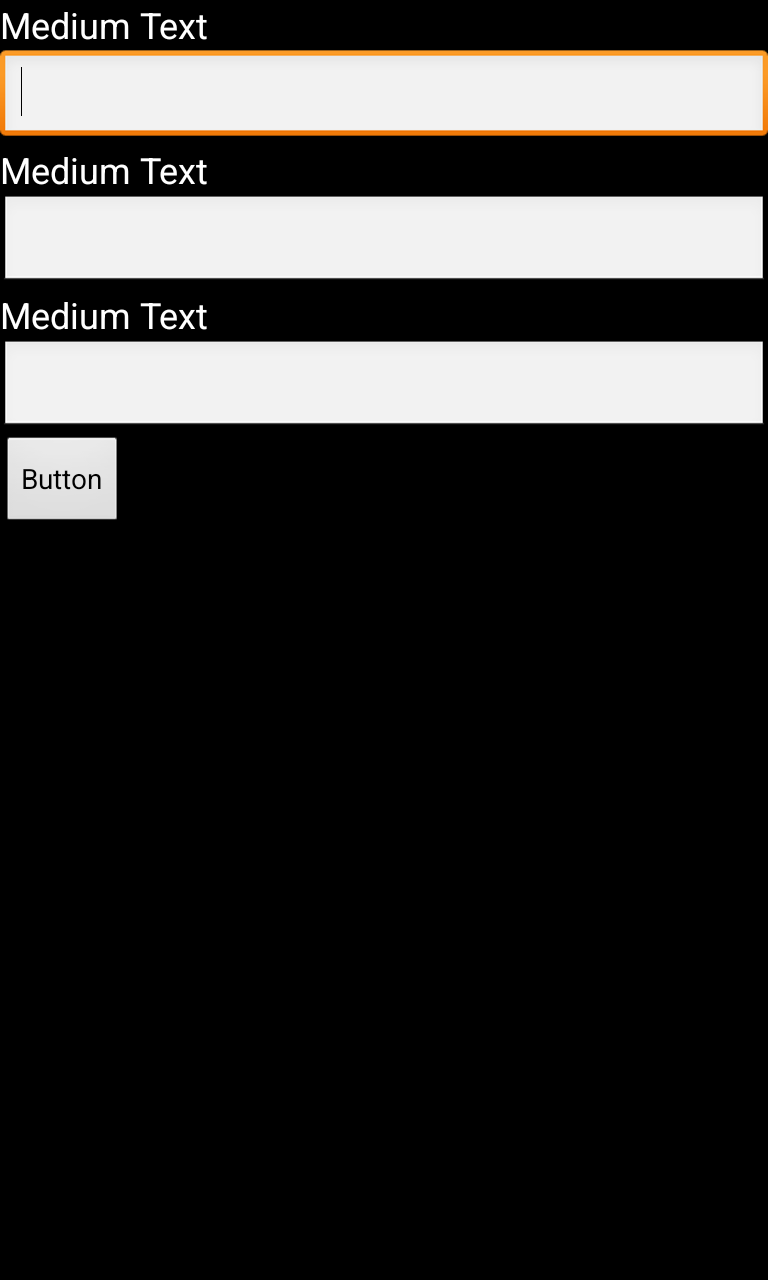
Repository: rizkivmaster/bukalapak
Layout: MainActivity/res/layout/upload.xml
An editor plug-in stored every save of this project. The layout is shown before and after the next save, followed by the edit.
It is drawn on a 768 x 1280 px phone screen (xhdpi) without system bars, with theme android:Theme; the app's code is not run. Lists and similar views that code fills are empty.

Above is the layout before, as saved 2013-06-26 03:55:28.

### MainActivity/res/layout/upload.xml
<?xml version="1.0" encoding="utf-8"?>
<LinearLayout xmlns:android="http://schemas.android.com/apk/res/android"
    android:layout_width="match_parent"
    android:layout_height="match_parent"
    android:orientation="vertical" >

    <TextView
        android:id="@+id/textView1"
        android:layout_width="wrap_content"
        android:layout_height="wrap_content"
        android:text="Medium Text"
        android:textAppearance="?android:attr/textAppearanceMedium" />

    <EditText
        android:id="@+id/editText1"
        android:layout_width="match_parent"
        android:layout_height="wrap_content"
        android:ems="10" >

        <requestFocus />
    </EditText>

    <TextView
        android:id="@+id/textView2"
        android:layout_width="wrap_content"
        android:layout_height="wrap_content"
        android:text="Medium Text"
        android:textAppearance="?android:attr/textAppearanceMedium" />

    <EditText
        android:id="@+id/editText2"
        android:layout_width="match_parent"
        android:layout_height="wrap_content"
        android:ems="10" />

    <TextView
        android:id="@+id/textView3"
        android:layout_width="wrap_content"
        android:layout_height="wrap_content"
        android:text="Medium Text"
        android:textAppearance="?android:attr/textAppearanceMedium" />

    <EditText
        android:id="@+id/editText3"
        android:layout_width="match_parent"
        android:layout_height="wrap_content"
        android:ems="10" />

    <Button
        android:id="@+id/button1"
        android:layout_width="wrap_content"
        android:layout_height="wrap_content"
        android:text="Button" />
    <ListView android:layout_height="match_parent" android:layout_width="fill_parent" android:id="mylist"/>

</LinearLayout>

After the next save:
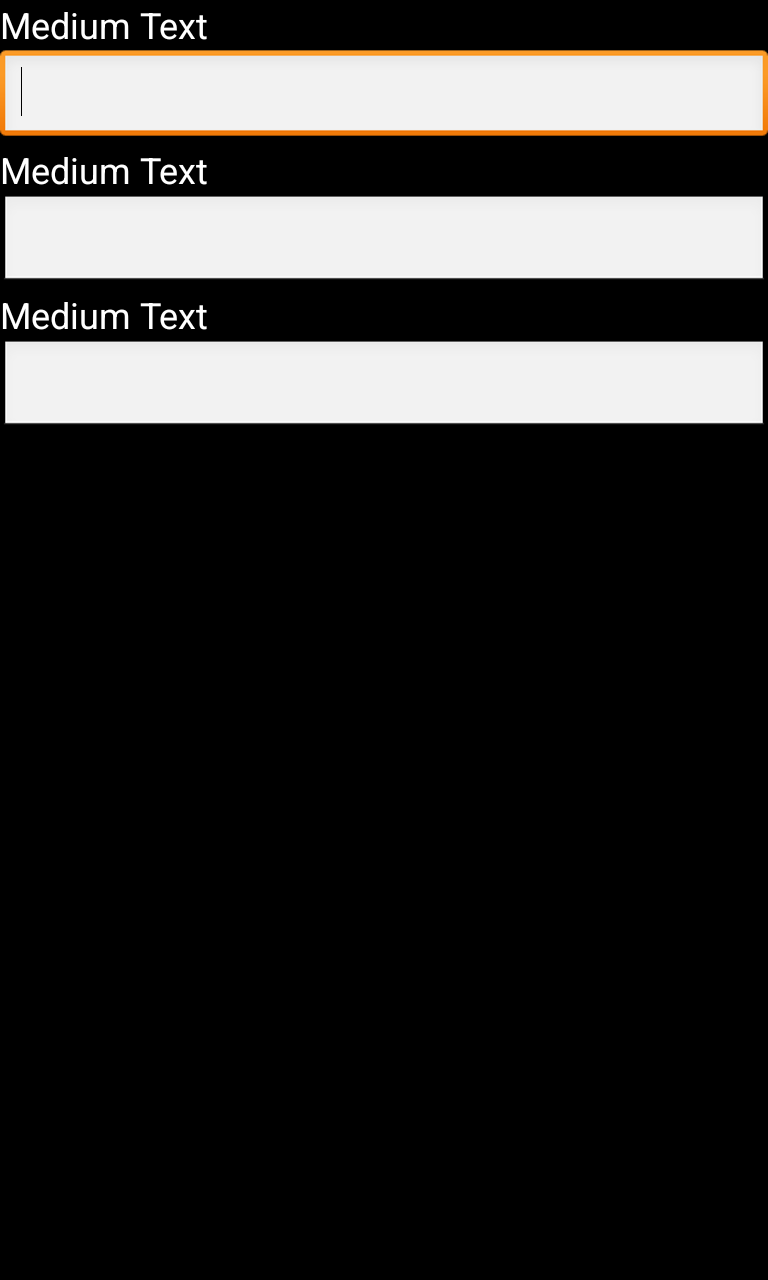
Saved 18 s later.
--- a/MainActivity/res/layout/upload.xml
+++ b/MainActivity/res/layout/upload.xml
@@ -48,9 +48,9 @@
 
     <Button
         android:id="@+id/button1"
-        android:layout_width="wrap_content"
+        android:layout_width="wrap_contentt"
         android:layout_height="wrap_content"
         android:text="Button" />
-    <ListView android:layout_height="match_parent" android:layout_width="fill_parent" android:id="mylist"/>
+    <ListView android:layout_height="match_parent" android:layout_width="fill_parent" android:id="@+id/mylis"/>
 
 </LinearLayout>

After the save that followed:
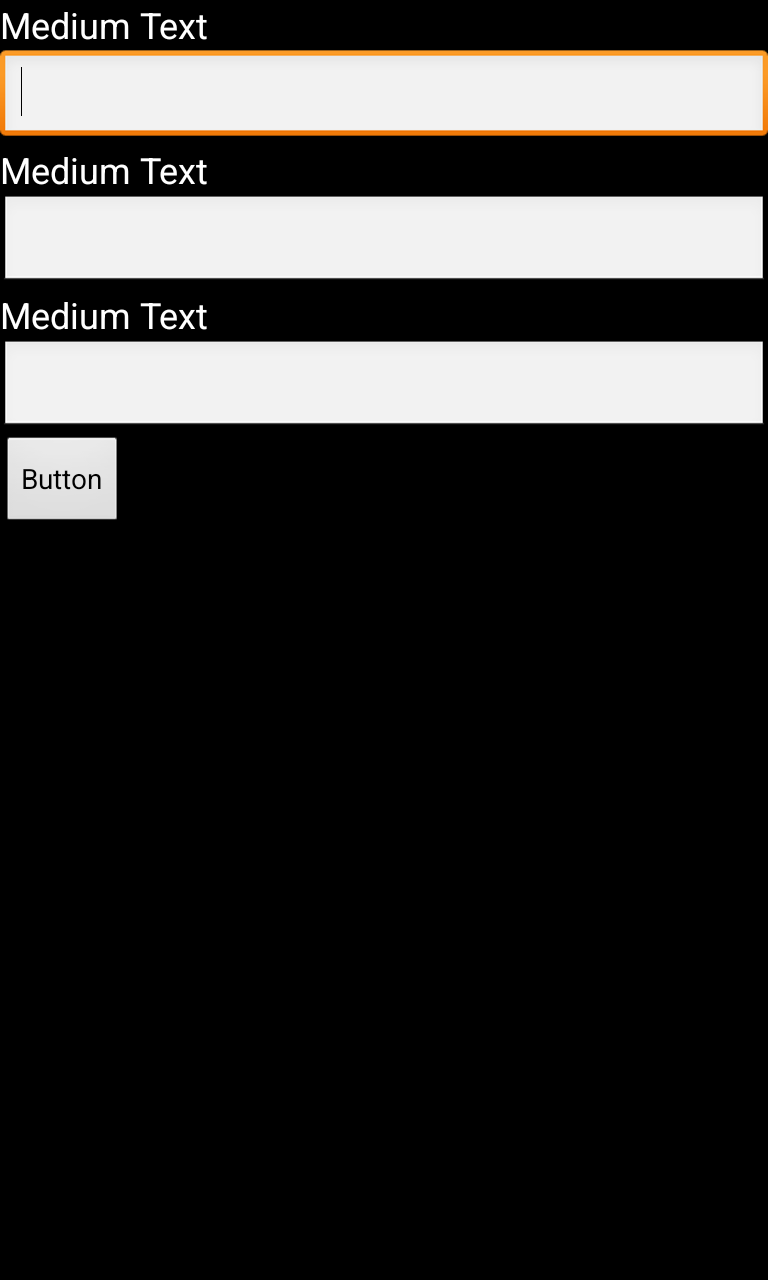
Saved 8 s later.
--- a/MainActivity/res/layout/upload.xml
+++ b/MainActivity/res/layout/upload.xml
@@ -48,9 +48,9 @@
 
     <Button
         android:id="@+id/button1"
-        android:layout_width="wrap_contentt"
+        android:layout_width="wrap_content"
         android:layout_height="wrap_content"
         android:text="Button" />
-    <ListView android:layout_height="match_parent" android:layout_width="fill_parent" android:id="@+id/mylis"/>
+    <ListView android:layout_height="match_parent" android:layout_width="fill_parent" android:id="@+id/mylist"/>
 
 </LinearLayout>
